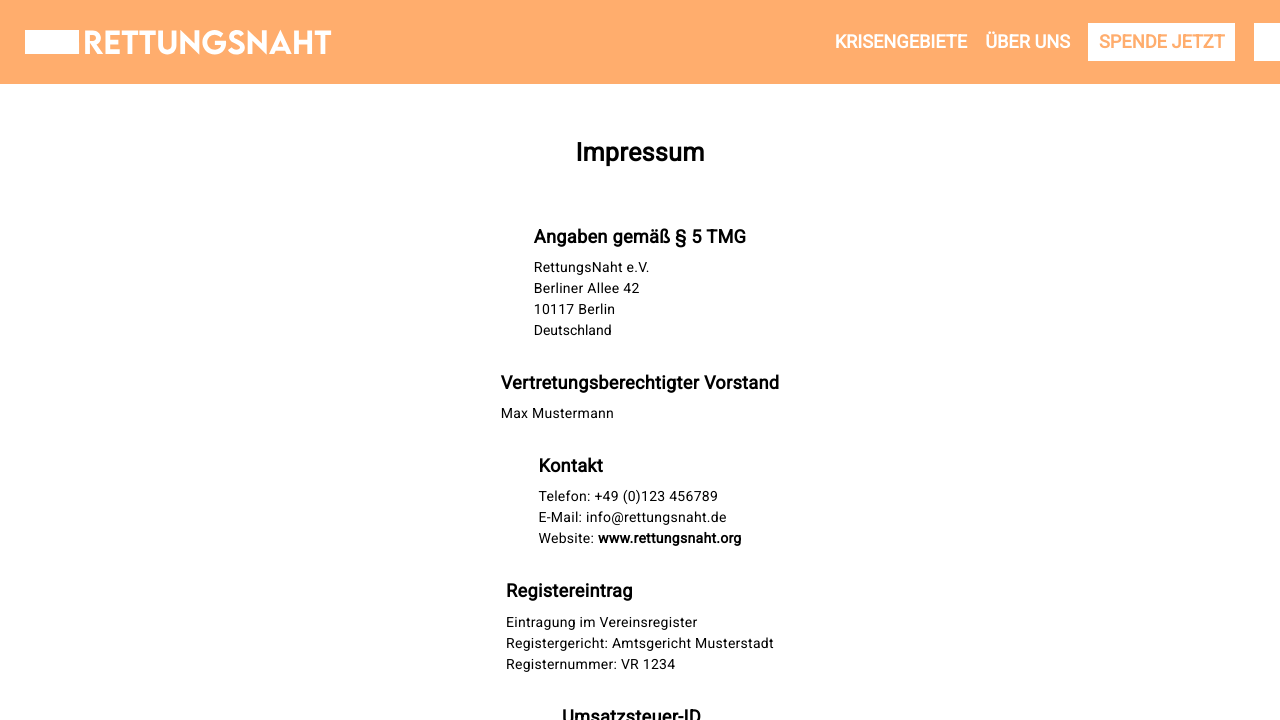
Repository: chriZVee/rettungsnaht
Page: /imprint
These files come from the project's save history. The page is drawn as it stood at one moment and after the next save; the edit follows.
The browser window is 1280 px wide. The pictures show the whole page.
An inner scrolling area shows only its first screen. The project was rebuilt for these pictures with package versions that can differ from the ones it lists, and the page was loaded fresh each time. Also part of the build but not shown: vite.config.js, src/index.css, src/styles/hero.css, src/components/Hero.jsx, src/styles/form.css, src/components/form/AreaSelection.jsx, src/components/form/ContactData.jsx, src/components/form/DonationMethod.jsx and 17 more.

Above is the page before, as saved 2025-04-17 15:33:08.

### index.html
<!doctype html>
<html lang="en">

<head>
  <meta charset="UTF-8" />
  <link rel="icon" type="image/svg+xml" href="/vite.svg" />
  <meta name="viewport" content="width=device-width, initial-scale=1.0" />
  <link href="https://fonts.googleapis.com/css2?family=Roboto&display=swap" rel="stylesheet">
  <title>RETTUNGSNAHT e.V.</title>
</head>

<body>
  <div id="root"></div>
  <script type="module" src="/src/main.jsx"></script>
</body>

</html>

### src/App.jsx
import { BrowserRouter as Router, Routes, Route } from "react-router-dom";
import "./App.css";
import "./styles/global.css";
import Home from "./pages/Home";
import Confirmation from "./pages/Confirmation";
import Imprint from "./pages/Imprint";
import PrivacyPolicy from "./pages/PrivacyPolicy";

export default function App() {
  return (
    <Router>
      <Routes>
        <Route path="/" element={<Home />} />
        <Route path="/confirmation" element={<Confirmation />} />
        <Route path="/imprint" element={<Imprint />} />
        <Route path="/privacy-policy" element={<PrivacyPolicy />} />
      </Routes>
    </Router>
  );
}

### src/App.css
/* APP */
#root {
  margin: 0 auto;
}

img.seam-form {
  position: absolute;
  bottom: -4em;
  left: 0em;
  width: 120%;
  z-index: 2;
}

### src/styles/global.css
/* GLOBAL */

:root {
  /* Colors */
  --highlight: #ffad6d;
  --link-hover: #ffad6d;
  --text: #000;
  --button-unchecked: #f2f2f2;
  --button-checked: #ffad6d;
  --button-text: #fff;
  --h2: #000;
  --lightGrey: #f2f2f2;
  --warning: #ff4000;

  /* Font - not in use yet */
  --font-small: 0.8rem;
  --font-base: 1rem;
  --font-medium: 1.3rem;
  --font-ml: 1.5rem;
  --font-large: 1.8rem;
  --font-xl: 2.4rem;
  --font-xxl: 4.8rem;
  --font-h2: 2.1rem;
  --font-h1: 2.6rem;
  --font-button: 1rem;

  line-height: 1.5;
  width: auto;
}

* {
  box-sizing: border-box;
}

body,
html {
  font-size: 14px;
  font-family: "Roboto", "Segoe UI", "Helvetica Neue", sans-serif;
  background-color: white;
  /* margin reset */
  margin: 0;
  max-width: 100%;
  width: 100%;
  overflow-x: hidden;
  height: 100%;
}

@media (max-width: 480px) {
  html {
    width: fit-content;
  }
}

.header,
.footer,
.content {
  width: 100%;
}

h1,
.page-title {
  font-size: var(--font-h1);
  text-align: center;
  padding: 1.5em 0;
  font-weight: bold;
}

@media (max-width: 1440px) {
  h1,
  .page-title {
    padding: 2em 0;
    font-size: var(--font-large);
  }
}

@media (max-width: 768px) {
  h1,
  .page-title {
    padding: 2em 0 1.5em;
    font-size: var(--font-ml);
  }
}

h2 {
  font-size: var(--font-h2);
  font-weight: bold;
}

@media (max-width: 480px) {
  h2 {
    font-size: var(--font-ml);
  }
}

/* Margin Reset */
p,
h1,
h2 {
  margin: 0;
  letter-spacing: 0.02rem;
}
ul {
  padding: 0px;
}

img {
  max-width: 100%;
  height: auto;
  display: block;
}

a {
  color: white;
  text-decoration: none;
  font-weight: bold;
}

/* Centered Containers */
/* Large Desktops */
.container {
  max-width: 1440px;
  display: flex;
  flex-direction: column;
  align-items: center;
  justify-content: center;
  margin: 0 auto;
}

/* Laptop/Tablet */
@media (max-width: 1024px) {
  .container {
    max-width: 960px;
    padding: 0 2rem;
  }
}

/* Tablet */
@media (max-width: 768px) {
  .container {
    max-width: 720px;
    padding: 0 1rem;
  }
}

/* Smartphone */
@media (max-width: 480px) {
  .container {
    max-width: 100%;
    padding: 0 0.75rem;
  }
}

/* Fieldset reset */
fieldset {
  border: none;
  padding: 0;
  margin: 0;
  min-inline-size: unset;
}

/* Hide elements */
.hidden {
  display: none !important;
}

@media (max-width: 768px) {
  .hide-on-mobile {
    display: none;
  }
}

.button {
  display: flex;
  padding: 0.5em 0.8em;
  background-color: var(--button-checked);
  cursor: pointer;
  font-weight: normal;
  transition: all 0.2s ease;
  font-size: var(--font-button);
  text-align: center;
  border: none;
  color: white;
}

.buttonized .deco {
  cursor: default;
}

.capitalize {
  text-transform: capitalize;
}

### src/pages/Imprint.jsx
import Page from "../components/Page";
import org from "../data/org";
import "../styles/imprint.css";

export default function Imprint() {
  return (
    <>
      <Page>
        <section className="imprint container">
          <h1>Impressum</h1>
          <div className="imprint-block">
            <h2>Angaben gemäß § 5 TMG</h2>
            <p>{org.officialName}</p> <p>{org.address}</p>
            <p>
              {org.zip} {org.city}
            </p>
            Deutschland
          </div>

          <div className="imprint-block">
            <h2>Vertretungsberechtigter Vorstand</h2>
            <p>{org.chairman}</p>
          </div>

          <div className="imprint-block">
            <h2>Kontakt</h2>
            <p>Telefon: {org.tel}</p>
            <p>
              E-Mail: {org.email}
              <a href={`mailto: ${org.email}`}></a>
            </p>
            <p>
              <span>Website: </span>
              <a href={org.url} target="_blank" rel="noopener noreferrer">
                {org.url}
              </a>
            </p>
          </div>

          <div className="imprint-block">
            <h2>Registereintrag</h2>
            <p>Eintragung im Vereinsregister</p>
            <p>Registergericht: Amtsgericht Musterstadt</p>
            <p>Registernummer: VR 1234</p>
          </div>

          <div className="imprint-block">
            <h2>Umsatzsteuer-ID</h2>
            <p>USt-IdNr.: {org.ustId}</p>
          </div>

          <div className="imprint-block">
            <h2>Verantwortlich für den Inhalt nach § 55 Abs. 2 RStV</h2>
            <p>{org.chairman}</p>
            <p>{org.address}</p>
            <p>
              {org.zip} {org.city}
            </p>
          </div>

          <div className="imprint-block">
            <h2>Haftung für Inhalte und Links</h2>
            <p>
              Trotz sorgfältiger inhaltlicher Kontrolle übernehmen wir keine
              Haftung für die Inhalte externer Links. Für den Inhalt der
              verlinkten Seiten sind ausschließlich deren Betreiber
              verantwortlich.
            </p>
          </div>

          <div className="imprint-block">
            <h2>Online-Streitbeilegung</h2>
            <p>
              Die Europäische Kommission stellt eine Plattform zur
              Online-Streitbeilegung (OS) bereit:{" "}
              <a
                href="https://ec.europa.eu/consumers/odr"
                target="_blank"
                rel="noopener noreferrer"
              >
                https://ec.europa.eu/consumers/odr
              </a>
            </p>
          </div>
        </section>
      </Page>
    </>
  );
}

### src/components/Page.jsx
import Header from "./Header";
import Footer from "./Footer";
import "../styles/page.css";

export default function Page({ children }) {
  return (
    <div className="page">
      <Header />
      <div className="content wrapper">
        <div className="page-content">{children}</div>
      </div>
      <Footer />
    </div>
  );
}

### src/data/org.js
/* Company Information */
const org = {
  officialName: "RettungsNaht e.V.",
  name: "RettungsNaht",
  address: "Berliner Allee 42",
  zip: "10117",
  city: "Berlin",
  email: "info@rettungsnaht.de",
  url: "www.rettungsnaht.org",
  tel: "+49 (0)123 456789",
  ustId: "DE123456789",
  chairman: "Max Mustermann",
};

export default org;

### src/styles/imprint.css
/* Imprint */

section.imprint {
  padding-bottom: 4.5rem;
}

.imprint-block {
  padding: 0 2rem 0rem 2rem;
}

.imprint-block h2 {
  font-size: var(--font-medium);
  padding: 2rem 0 0.5rem 0;
}

.imprint-block:first-of-type h2 {
  padding-top: 0rem;
}

.imprint-block a {
  color: black;
}

### src/components/Header.jsx
import { Link } from "react-router-dom";
import "../styles/header.css";
import rnLogo from "../assets/rn-logo-white.svg";

function Header() {
  return (
    <header className="header container">
      <Link to="/">
        <img
          src={rnLogo}
          className="header-image"
          alt="RettungsNaht Logo"
        ></img>
      </Link>
      <nav className="nav">
        <ul className="nav-bar">
          <li>
            <Link to="/#crisis-area-section">Krisengebiete</Link>
          </li>
          <li>
            <Link to="/#about-section">Über uns</Link>
          </li>
          <li className="buttonized">
            <Link to="/#donation-form">Spende jetzt</Link>
          </li>
          <li className="buttonized deco">&nbsp;</li>
        </ul>
      </nav>
    </header>
  );
}

export default Header;

### src/components/Footer.jsx
import org from "../data/org";
import "../styles/footer.css";
import { Link } from "react-router-dom";

export default function Footer() {
  return (
    <section className="footer container">
      <div className="footer-link-container">
        <ul className="small-gap">
          <li className="buttonized deco">&nbsp;</li>
          <li className="buttonized">
            <Link to="/#donation-form">Spende jetzt</Link>
          </li>
        </ul>
      </div>
      <div className="footer-link-container lh-small">
        <ul>
          <li>
            <Link to="/imprint">Impressum</Link>
          </li>
          <li>
            <Link to="/privacy-policy">Datenschuterklärung</Link>
          </li>
        </ul>
      </div>
      <div className="copyright-container">
        <p className="copyright-note">© 2025 {org.officialName}</p>
      </div>
    </section>
  );
}

### src/styles/page.css
/* Page */

.page .page-content {
  display: flex;
  flex-direction: column;
  min-height: 100vh;
}

.page .content {
  flex: 1;
}

### src/styles/header.css
/* Header */

.header {
  background-color: var(--highlight);
  display: flex;
  flex-direction: row;
  align-items: center;
  justify-content: space-between;
  padding: 1em 0 1em 25px;
  max-width: none;
  max-height: 84px;
}

@media (max-width: 1024px) {
  .header {
    flex-direction: column;
    max-height: none;
    padding: 1.5em 1em 0.5em 1em;
  }
}

.nav-bar {
  display: flex;
  justify-content: space-between;
  align-items: center;
  gap: 1em;
  list-style: none;
  text-transform: uppercase;
  font-size: var(--font-medium);
  text-align: center;
}
@media (max-width: 1024px) {
  .nav-bar {
    font-size: var(--font-small);
  }
}
@media (max-width: 768px) {
  .nav-bar {
    font-size: var(--font-small);
  }
}
@media (max-width: 480px) {
  .nav-bar {
    justify-content: space-evenly;
    gap: 1em;
    font-size: var(--font-small);
    flex-wrap: wrap;
  }
}

.nav-bar li.buttonized {
  background-color: white;
  color: var(--highlight);
  padding: 0.3em 0.6em;
}

.nav-bar li.buttonized a {
  color: var(--highlight);
}

@media (max-width: 480px) {
  .header li.deco {
    display: none;
  }
}

### src/styles/footer.css
/* FOOTER */

section.footer {
  display: flex;
  flex-direction: row;
  align-content: center;
  justify-content: center;
  padding: 2em 0 2.5em 0;
  max-width: none;
  max-height: 136px;
  background-color: var(--highlight);
  column-gap: 4.5em;
  row-gap: 1em;
  flex-wrap: wrap;
  font-size: var(--font-base);
}

section.footer .copyright-container {
  flex-basis: 100%;
  display: flex;
  align-content: center;
  justify-content: center;
}

.footer .copyright-note {
  color: white;
  font-size: var(--font-base);
}

.footer-link-container {
  display: flex;
  align-content: center;
  justify-content: center;
  flex-wrap: wrap;
}

.footer-link-container ul {
  display: flex;
  flex-direction: row;
  align-content: center;
  justify-content: center;
  gap: 4em;
  flex-wrap: wrap;
}

.footer li {
  display: inline-block;
}

.footer-link-container li.buttonized {
  background-color: white;
  padding: 0.3em 0.6em;
}

.footer-link-container li.buttonized a {
  color: var(--highlight);
}

.footer .small-gap {
  display: flex;
  gap: 1em;
}

@media (max-width: 768px) {
  .footer-link-container ul {
    gap: 1em;
  }
  section.footer {
    justify-content: center;
    max-height: none;
    gap: 1em 1.5em;
  }
}

@media (max-width: 480px) {
  section.footer {
    justify-content: center;
    max-height: none;
    column-gap: 1em;
    row-gap: 0;
  }
}

Loaded but not shown: src/main.jsx (common file)

After the next save:
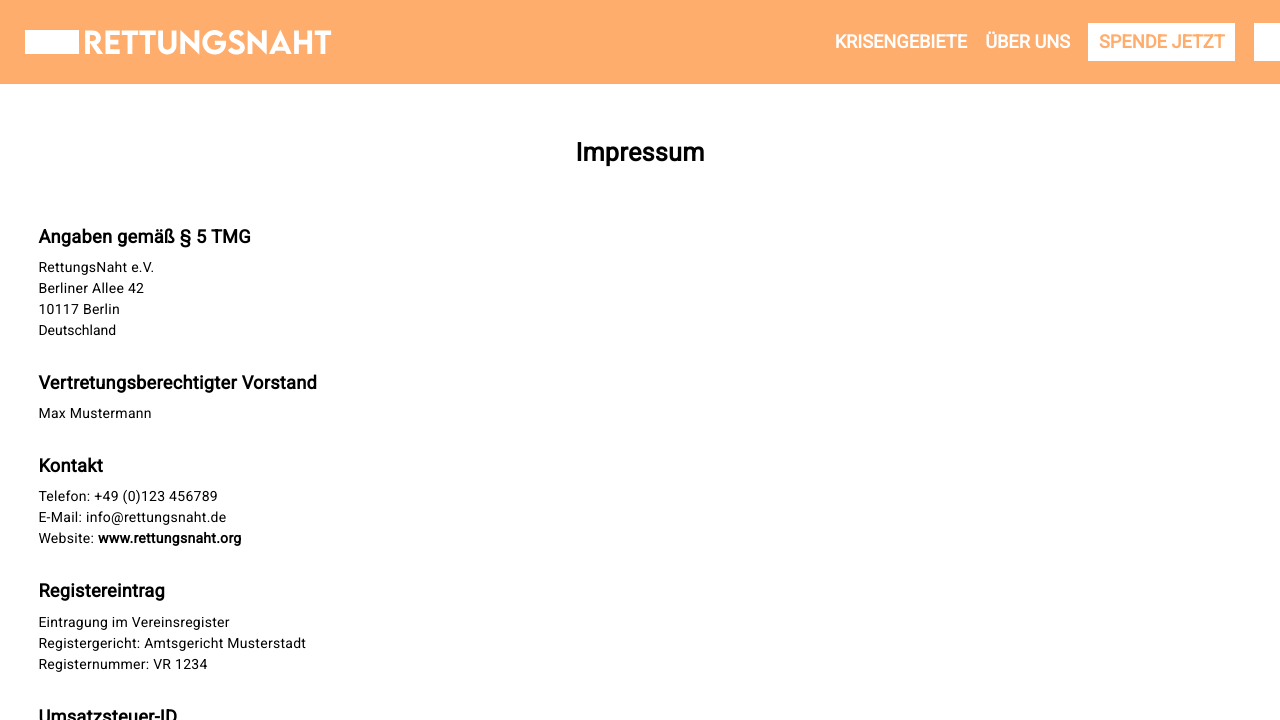
Saved 4 s later.
--- a/src/styles/global.css
+++ b/src/styles/global.css
@@ -121,7 +121,7 @@ a {
   max-width: 1440px;
   display: flex;
   flex-direction: column;
-  align-items: center;
+  align-content: center;
   justify-content: center;
   margin: 0 auto;
 }
